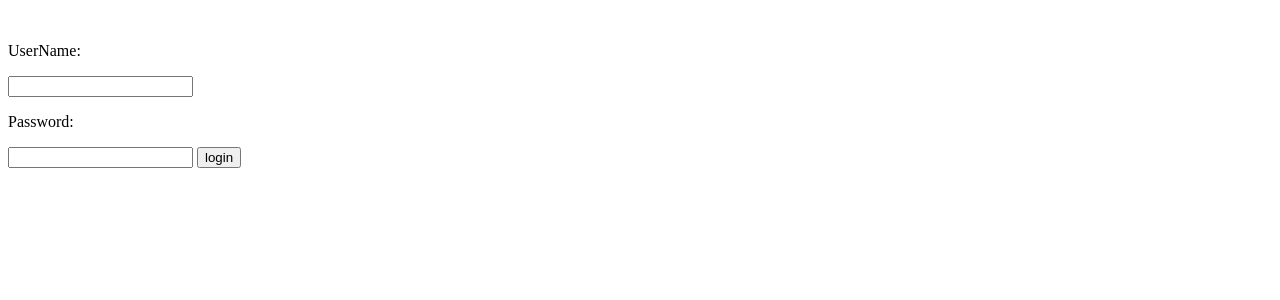
Repository: Hamzamshoaib/us2
Page: http://localhost/te_assignment_2/
An editor plug-in stored every save of this project. The page is shown before and after a run of saves, followed by the edit.
The browser window is 1280 px wide. The pictures show the whole page.
The page is served by Tomcat 9. Other server files are loaded and not shown. Queries for data that is not in the repository find no rows.

Above is the page before, as saved 2015-05-08 18:44:32.

### te_assignment_2/WebContent/index.jsp
<%@ page language="java" contentType="text/html; charset=US-ASCII"
    pageEncoding="US-ASCII"%>
<!DOCTYPE html PUBLIC "-//W3C//DTD HTML 4.01 Transitional//EN" "http://www.w3.org/TR/html4/loose.dtd">
<html>
<head>
<meta http-equiv="Content-Type" content="text/html; charset=US-ASCII">
<title>	Daily Auction</title>
</head>
<body>
<FORM NAME="loginform" ACTION="Delegate" METHOD="POST">
${message}
<br>
<p>UserName: </p>
<INPUT type="text" name="username">
<br>
<p>Password: </p>
<INPUT type="password" name="password">
<INPUT TYPE="submit" name="action" value="login">
<!-- <INPUT TYPE="button" name="action" value="register">-->

</FORM>
</body>
</html>

### te_assignment_2/src/edu/unsw/comp9321/Email.java
package edu.unsw.comp9321;


import java.util.Properties;
import javax.mail.Message;
import javax.mail.MessagingException;
import javax.mail.PasswordAuthentication;
import javax.mail.Session;
import javax.mail.Transport;
import javax.mail.internet.InternetAddress;
import javax.mail.internet.MimeMessage;


public class Email {

	String from;
    final String username = "dailyauctiondeals";
    final String password = "moshe123";
    String host;
    Properties props;
    Session session;

	public Email(){
		from = "dailyauctiondeals@gmail.com";
		host = "smtp.gmail.com";

		props = new Properties();
		props.put("mail.smtp.auth", "true");
		props.put("mail.smtp.starttls.enable", "true");
		props.put("mail.smtp.host", host);
		props.put("mail.smtp.port", "587");

		session = Session.getInstance(props,
	      new javax.mail.Authenticator() {
	         protected PasswordAuthentication getPasswordAuthentication() {
	            return new PasswordAuthentication(username, password);
	         }
		});
	}

	public Boolean sendVerifyEmail(String to, String IDToken){

	      try {
	         // Create a default MimeMessage object.
	         Message message = new MimeMessage(session);

	         // Set From: header field of the header.
	         message.setFrom(new InternetAddress(from));

	         // Set To: header field of the header.
	         message.setRecipients(Message.RecipientType.TO,
	         InternetAddress.parse(to));
	         // Set Subject: header field
	         message.setSubject("Welcome to Daily Auction Deals! Please verify your email.");
	         // Now set the actual message
	         message.setText("Hi!\n\n"
	         		+ "Welcome to Daily Auction Deals! To use your account, please verify your email by clicking this link "
	         		+ "\n\n\thttp://localhost:8080/te_assignment_2/verification?verification_token=" + IDToken
	         		+ "\n\n"
	         		+ "Daily Auction Deals Team :)");

	         // Send message
	         Transport.send(message);

	         System.out.println("Sent message successfully...");

	      } catch (MessagingException e) {
	    	  return false;
	      }

		return true;
	}

	public Boolean newHighBid(int Item_ID){
		UserController uc = new UserController();
		BiddingController bc = new BiddingController();
		String user = bc.winningBidder(Item_ID);
		int highestBid = bc.currentWinningBid(Item_ID);
		String to = uc.getEmail(user);
		String itemName = uc.getItemName(Item_ID);
	      try {
		         // Create a default MimeMessage object.
		         Message message = new MimeMessage(session);

		         // Set From: header field of the header.
		         message.setFrom(new InternetAddress(from));

		         // Set To: header field of the header.
		         message.setRecipients(Message.RecipientType.TO,
		         InternetAddress.parse(to));
		         // Set Subject: header field
		         message.setSubject("Congratulations " + user + "! You have the highest bid at the moment!");
		         // Now set the actual message
		         message.setText("Hi!\n\n"
		         		+ "You have the highest bid for " + itemName + " at $" + highestBid + "."
		         		+ "\n\n"
		         		+ "Daily Auction Deals Team :)");

		         // Send message
		         Transport.send(message);

		         System.out.println("Sent New High Bid Mail successfully...");

	      } catch (MessagingException e) {
	    	  return false;
	      }
	      return true;
	}

	public Boolean sendLostBidEmail(int Item_ID){
		UserController uc = new UserController();
		BiddingController bc = new BiddingController();

		String user = bc.secondHighestBidder(Item_ID);
		if (user == null){
			System.out.println("He was the only bidder");
			return false;
		}

		int highestBid = bc.currentWinningBid(Item_ID);
		String to = uc.getEmail(user);
		String itemName = uc.getItemName(Item_ID);
	      try {
		         // Create a default MimeMessage object.
		         Message message = new MimeMessage(session);

		         // Set From: header field of the header.
		         message.setFrom(new InternetAddress(from));

		         // Set To: header field of the header.
		         message.setRecipients(Message.RecipientType.TO,
		         InternetAddress.parse(to));
		         // Set Subject: header field
		         message.setSubject("Oh no, " + user + "! You've been outbid!");
		         // Now set the actual message
		         message.setText("Hi!\n\n"
		         		+ "Unfortunately you have been outbid for your " + itemName + ".\n\n"
		         		+ "The new highest bid is: $" + highestBid + "."
		         		+ "\n\n"
		         		+ "Daily Auction Deals Team :)");

		         // Send message
			         Transport.send(message);

			         System.out.println("Sent Lost Bid Mail successfully...");

	      } catch (MessagingException e) {
	    	  return false;
	      }
	      return true;
	}

	public Boolean emailWinner(int Item_ID){
		UserController uc = new UserController();
		BiddingController bc = new BiddingController();
		String user = bc.winningBidder(Item_ID);
		int highestBid = bc.currentWinningBid(Item_ID);
		String to = uc.getEmail(user);
		String itemName = uc.getItemName(Item_ID);
	      try {
		         // Create a default MimeMessage object.
		         Message message = new MimeMessage(session);

		         // Set From: header field of the header.
		         message.setFrom(new InternetAddress(from));

		         // Set To: header field of the header.
		         message.setRecipients(Message.RecipientType.TO,
		         InternetAddress.parse(to));
		         // Set Subject: header field
		         message.setSubject("Congratulations " + user + "! You have won an item!");
		         // Now set the actual message
		         message.setText("Hi!\n\n"
		         		+ "You have won a brand new " + itemName + " for $" + highestBid + "! :)"
		         		+ "\n\n"
		         		+ "Daily Auction Deals Team :)");

		         // Send message
		         Transport.send(message);

		         System.out.println("Sent winner email successfully...");

	      } catch (MessagingException e) {
	    	  return false;
	      }
	      return true;
	}

	public Boolean emailOwner(int Item_ID){
		UserController uc = new UserController();
		BiddingController bc = new BiddingController();
		String user = uc.getItemOwner(Item_ID);
		int highestBid = bc.currentWinningBid(Item_ID);
		String to = uc.getEmail(user);
		String itemName = uc.getItemName(Item_ID);
	      try {
		         // Create a default MimeMessage object.
		         Message message = new MimeMessage(session);

		         // Set From: header field of the header.
		         message.setFrom(new InternetAddress(from));

		         // Set To: header field of the header.
		         message.setRecipients(Message.RecipientType.TO,
		         InternetAddress.parse(to));
		         // Set Subject: header field
		         message.setSubject("Congratulations " + user + "! Your item has been sold!");
		         // Now set the actual message
		         message.setText("Hi!\n\n"
		         		+ "You have sold your item " + itemName + " for $" + highestBid + "! :)"
		         		+ "\n\n"
		         		+ "Daily Auction Deals Team :)");

		         // Send message
		         Transport.send(message);

		         System.out.println("Sent owner email successfully...");

	      } catch (MessagingException e) {
	    	  return false;
	      }
	      return true;
	}

	public Boolean lessThanReserved(int Item_ID){
		UserController uc = new UserController();
		BiddingController bc = new BiddingController();
		String user = uc.getItemOwner(Item_ID);
		int highestBid = bc.currentWinningBid(Item_ID);
		String to = uc.getEmail(user);
		String itemName = uc.getItemName(Item_ID);
	      try {
		         // Create a default MimeMessage object.
		         Message message = new MimeMessage(session);

		         // Set From: header field of the header.
		         message.setFrom(new InternetAddress(from));

		         // Set To: header field of the header.
		         message.setRecipients(Message.RecipientType.TO,
		         InternetAddress.parse(to));
		         // Set Subject: header field
		         message.setSubject(user + ", your item has not reached its reserve price");
		         // Now set the actual message
		         message.setText("Hi!\n\n"
		         		+ "Your item, " + itemName + " has an offer of $" + highestBid
		         		+ " which is below your reserve price of $" + bc.getReservePrice(Item_ID) + ".\n\n"
		         		+ "Log into your account to accept or reject this offer."
		         		+ "\n\n"
		         		+ "Daily Auction Deals Team :)");

		         // Send message
		         Transport.send(message);

		         System.out.println("Sent reserved price notification email successfully...");

	      } catch (MessagingException e) {
	    	  return false;
	      }
	      return true;
	}

	public Boolean itemNotSold(int Item_ID){
		UserController uc = new UserController();
		String user = uc.getItemOwner(Item_ID);
		String to = uc.getEmail(user);
		String itemName = uc.getItemName(Item_ID);
	      try {
		         // Create a default MimeMessage object.
		         Message message = new MimeMessage(session);

		         // Set From: header field of the header.
		         message.setFrom(new InternetAddress(from));

		         // Set To: header field of the header.
		         message.setRecipients(Message.RecipientType.TO,
		         InternetAddress.parse(to));
		         // Set Subject: header field
		         message.setSubject(user + ", your item wasn't sold :(");
		         // Now set the actual message
		         message.setText("Hi!\n\n"
		         		+ "Your item, " + itemName + ", has not had any bids and was not sold. :( \n\n"
		         		+ "Log into your account and re-add if you want."
		         		+ "\n\n"
		         		+ "Daily Auction Deals Team :)");

		         // Send message
		         Transport.send(message);

		         System.out.println("Sent item not sold notification email successfully...");

	      } catch (MessagingException e) {
	    	  return false;
	      }
	      return true;
	}

	public void newBidEmails(int Item_ID){
		newHighBid(Item_ID);
		sendLostBidEmail(Item_ID);
	}

	public void endAuctionEmails(int Item_ID){
		emailWinner(Item_ID);
		emailOwner(Item_ID);
	}
}

After the next 2 saves:
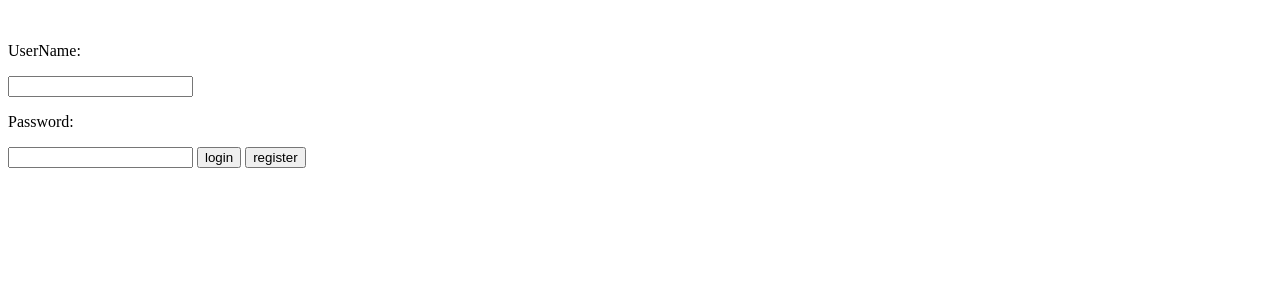
The 2 saves are shown as one change because they came seconds apart.
The last was saved 6 s later.
--- a/te_assignment_2/WebContent/index.jsp
+++ b/te_assignment_2/WebContent/index.jsp
@@ -16,7 +16,7 @@ ${message}
 <p>Password: </p>
 <INPUT type="password" name="password">
 <INPUT TYPE="submit" name="action" value="login">
-<!-- <INPUT TYPE="button" name="action" value="register">-->
+<INPUT TYPE="button" name="action" value="register">
 
 </FORM>
 </body>
